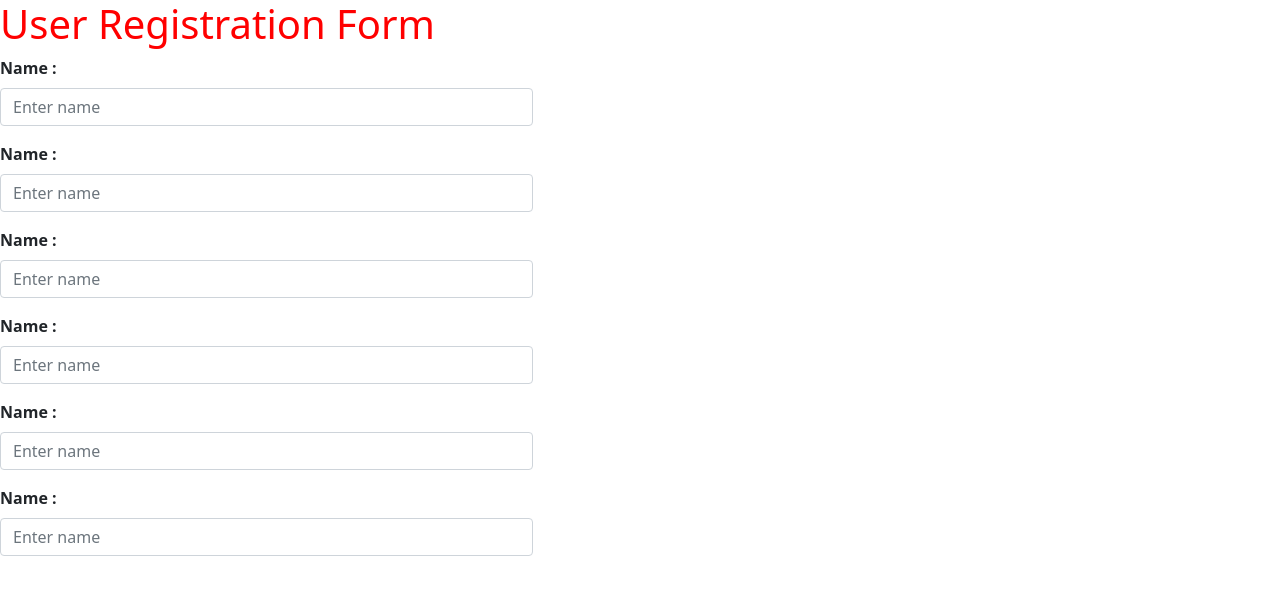
Repository: sntv1005/RegistrationForm
Page: http://localhost/register
An editor plug-in stored every save of this project. The page is shown before and after the next save, followed by the edit.
The browser window is 1280 px wide. The pictures show the whole page.
The page is this project's Thymeleaf template; nobody is signed in. The template is opened directly, without the code that normally fills it, so the values that code supplies are empty.

Above is the page before, as saved 2023-12-01 06:03:19.

After the next save:
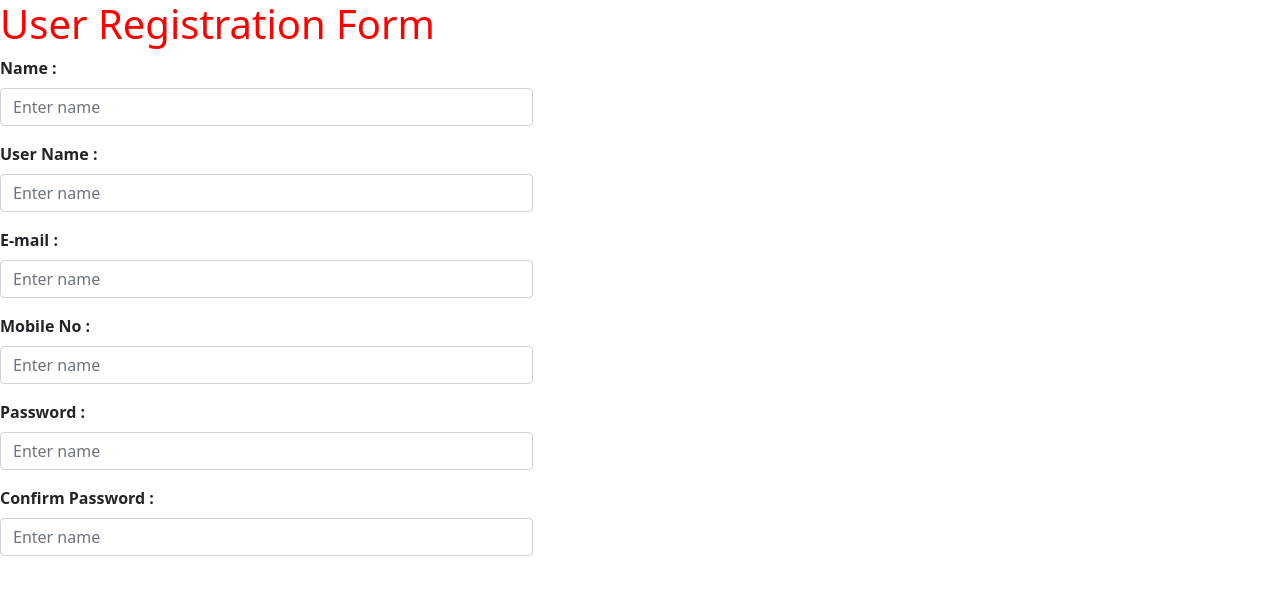
Saved 53 s later.
--- a/RegistrationForm/src/main/resources/templates/register.html
+++ b/RegistrationForm/src/main/resources/templates/register.html
@@ -22,27 +22,27 @@
 		       </div>
 
 		        <div class="mb-3" >
-			       <label for="exampleFormControlInput1" class="form-label"><b>Name : </b></label>
+			       <label for="exampleFormControlInput1" class="form-label"><b>User Name : </b></label>
 			       <input type="name" class="form-control" id="exampleFormControlInput1" placeholder="Enter name">
 		       </div>
 
 		        <div class="mb-3" >
-			       <label for="exampleFormControlInput1" class="form-label"><b>Name : </b></label>
+			       <label for="exampleFormControlInput1" class="form-label"><b>E-mail : </b></label>
 			       <input type="name" class="form-control" id="exampleFormControlInput1" placeholder="Enter name">
 		       </div>
 
 		        <div class="mb-3" >
-			       <label for="exampleFormControlInput1" class="form-label"><b>Name : </b></label>
+			       <label for="exampleFormControlInput1" class="form-label"><b>Mobile No  : </b></label>
 			       <input type="name" class="form-control" id="exampleFormControlInput1" placeholder="Enter name">
 		       </div>
 
 		        <div class="mb-3" >
-			       <label for="exampleFormControlInput1" class="form-label"><b>Name : </b></label>
+			       <label for="exampleFormControlInput1" class="form-label"><b>Password : </b></label>
 			       <input type="name" class="form-control" id="exampleFormControlInput1" placeholder="Enter name">
 		       </div>
 
 		        <div class="mb-3" >
-			       <label for="exampleFormControlInput1" class="form-label"><b>Name : </b></label>
+			       <label for="exampleFormControlInput1" class="form-label"><b>Confirm Password : </b></label>
 			       <input type="name" class="form-control" id="exampleFormControlInput1" placeholder="Enter name">
 		       </div>
 		  </form>
